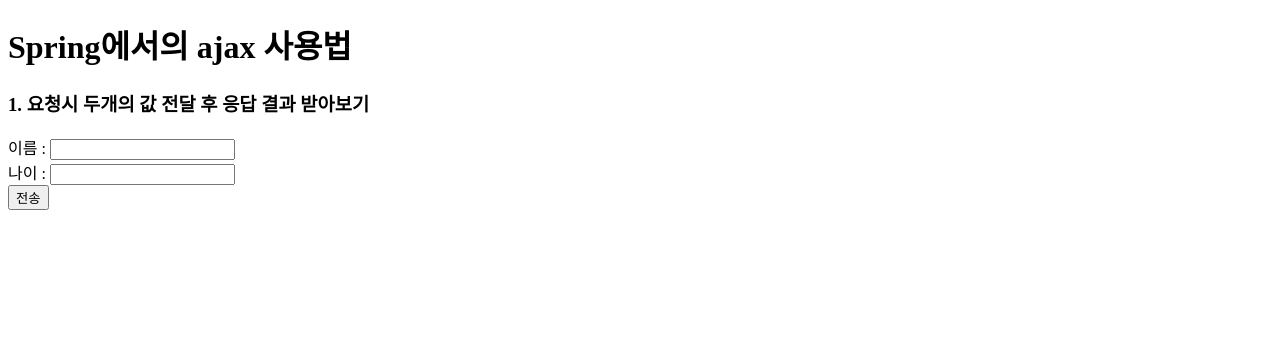
Repository: alsrnr45/SpringStudying
Page: http://localhost/ajaxProject/
The author's editor kept a copy of each file at every save. The page is drawn from the files as they stood at one save, then again after the next save.
The browser window is 1280 px wide. The pictures show the whole page.
The page is served by Tomcat 9. Other server files are loaded and not shown.

Above is the page before, as saved 2021-06-04 00:06:52.

### ajaxProject/src/main/webapp/index.jsp
<%@ page language="java" contentType="text/html; charset=UTF-8"
    pageEncoding="UTF-8"%>
<%@ taglib prefix="c" uri="http://java.sun.com/jsp/jstl/core" %>
<!DOCTYPE html>
<html>
<head>
<meta charset="UTF-8">
<title>Insert title here</title>
<!-- jQuery 라이브러리 -->
<script src="https://ajax.googleapis.com/ajax/libs/jquery/3.4.1/jquery.min.js"></script>
</head>
<body>
	<h1> Spring에서의 ajax 사용법</h1>

	<h3> 1. 요청시 두개의 값 전달 후 응답 결과 받아보기</h3>
	이름 : <input type="text" id="name"> <br>
	나이 : <input type="number" id="age"> <br>
	<button id="btn1">전송</button>

	<div id="result1"></div>

	<script>
		$(function(){
			/*
			#btn1이 동적으로 만들어진 요소일때는 $(id).click(function(){}) 또는 $(id).on("click", function(){}) 이런 이벤트 안먹힘
			즉, 직접 해당 id출력하여 이벤트 하면 이벤트 안됨

			$("#btn1").click(function(){
			})
			or
			$("#btn1").on("click", function(){})

			*/
			$(document).on("click", "#btn1", function(){ // 해당 요소가 동적으로 만들어진 요소라면 다음과 같은 방식으로 이벤트 연결해야됨
				//console.log("클릭됨");
				$.ajax({
					url:"ajax1.do",
					data:{
						name:$("#name").val(),
						age:$("#age").val()
					},
					type:"post",
					success:function(data){
						$("#result1").html(data);
					}, error:function(){
						console.log("ajax 통신 실패!");
					}
				});
			})
		})
	</script>

</body>
</html>

After the next save:
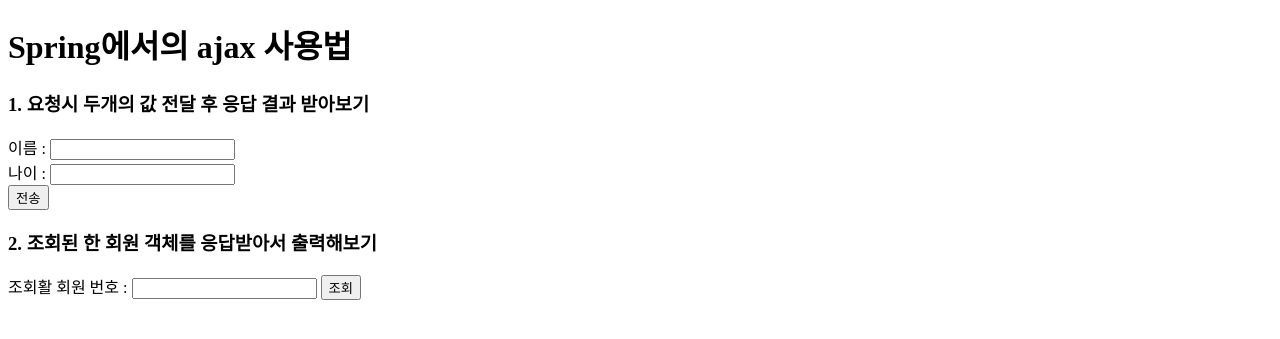
Saved 6 min 10 s later.
--- a/ajaxProject/src/main/webapp/index.jsp
+++ b/ajaxProject/src/main/webapp/index.jsp
@@ -50,5 +50,24 @@
 		})
 	</script>
 
+	<h3> 2. 조회된 한 회원 객체를 응답받아서 출력해보기 </h3>
+	조회활 회원 번호 : <input type="number" id="userNo">
+	<button onclick="ajaxTest2();">조회</button>
+
+	<div id="result2"></div>
+
+	<script>
+		function ajaxTest2(){
+			$.ajax({
+				url:"ajax2.do",
+				data:{userNo:$("#userNo").val()},
+				success:function(){
+
+				}, error:function(){
+					console.log("ajax 통신 실패");
+				}
+			})
+		}
+	</script>
 </body>
 </html>
